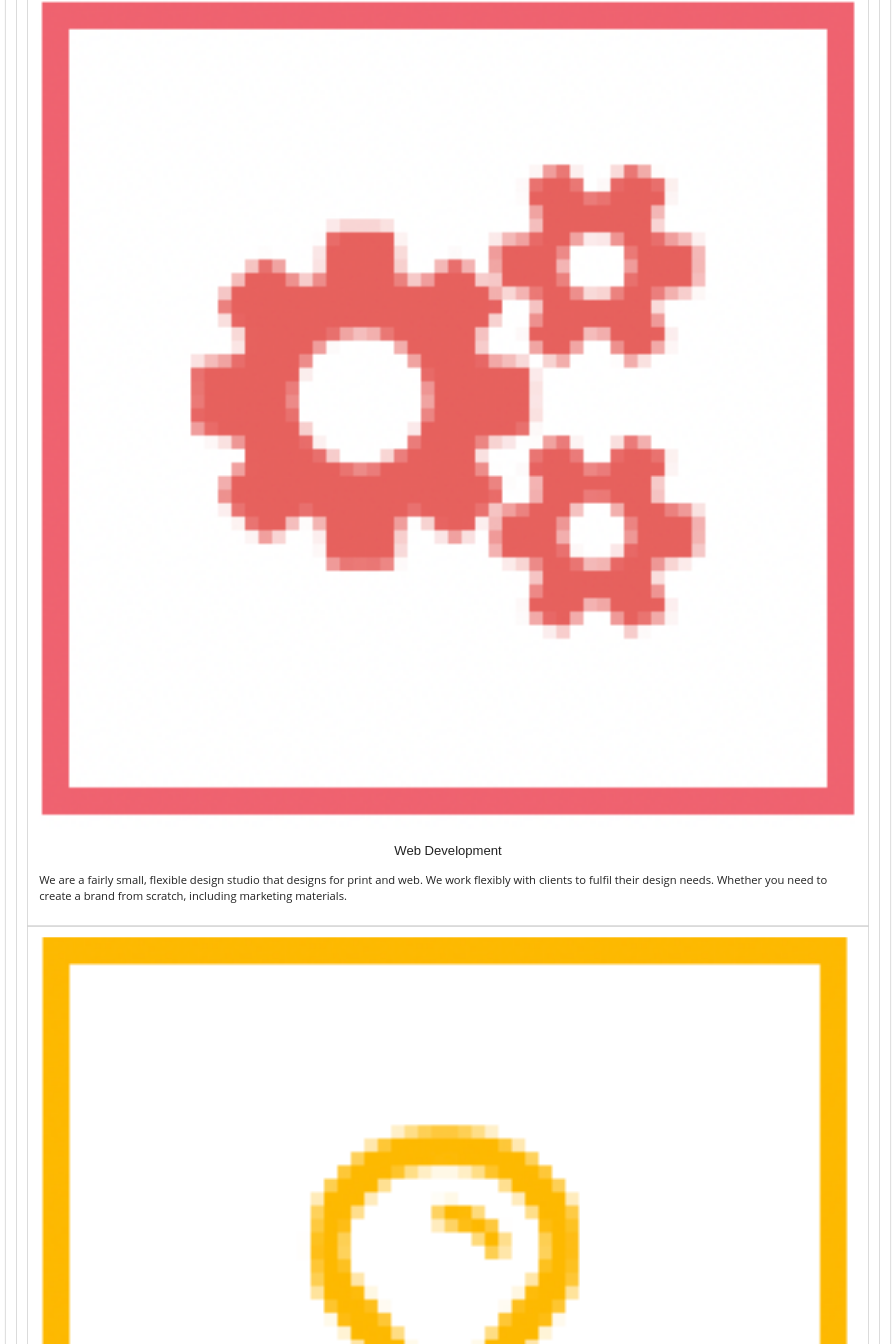
Repository: lpcmendoza/LAB02BF_Group9
Page: index.html
The author's editor kept a copy of each file at every save. The page is drawn from the files as they stood at one save, then again after the next save.
The browser window is 1280 px wide. The pictures show the part of the page from y = 4580 to 6500 px (the page is 19782 px tall before and 19799 px after), at 70% of full size.

Above is the page before, as saved 2024-02-11 21:38:08.

### index.html
<!doctype html>
<html class="no-js" lang="en">

<head>
  <meta charset="utf-8">
  <meta name="viewport" content="width=device-width, initial-scale=1">
  <title>Metrolics</title>
  <link rel="stylesheet" href="css/style.css">
  <meta name="description" content="Group Blog">

  <meta property="og:title" content="Metrolics">
  <meta property="og:type" content="website">
  <meta property="og:url" content="">
  <meta property="og:image" content="">

  <link rel="icon" href="/favicon.ico" sizes="any">
  <link rel="icon" href="/icon.svg" type="image/svg+xml">
  <link rel="apple-touch-icon" href="icon.png">

  <link rel="manifest" href="site.webmanifest">
  <meta name="theme-color" content="#fafafa">
</head>

<body>

  <header class="page-header page-header-home">
    <div class="inner-container">
      <div class="content-container">
        <h1>Metrolics</h1>
      </div>
      <div class="content-container">
        <button class="navigation-button">Home</button>
        <button class="navigation-button">Pages</button>
        <button class="navigation-button">Portfolio</button>
        <button class="navigation-button">Blog</button>
        <button class="navigation-button">E-mail</button>
      </div>
    </div>
  </header>

  <div class="section section-image">
    <div class="inner-container">
      <div class="content-container">
        <img src="img/placeholder.svg" alt="placeholder image">
      </div>
    </div>
  </div>

  <div class="section section-title">
    <div class="inner-container">
      <div class="content-container">
        <h1>Hey guys! This is the Metrolics theme. It sports a responsive layout with a mobile layout.</h1>
      </div>
    </div>
  </div>

  <div class="section section-ourthings">
    <div class="inner-container">
      <div class="what-we-do-container-header">
        <h2>Things that we do</h2>
        <p>Ask us what we can do for you</p>
      </div>
      <div class="what-we-do-container-body">
        <img class="icons" src="img/icon-web-solutions.png" alt="Web Solutions Icon">
        <h3>Web Solutions</h3>
        <p>We are a fairly small, flexible design studio that designs for print and web. We work flexibly with clients to fulfil their design needs. Whether you need to create a brand from scratch, including marketing materials.</p>
      </div>
      <div class="what-we-do-container-body">
        <img class="icons" src="img/icon-photography.png" alt="Photography Icon">
        <h3>Photography</h3>
        <p>We are a fairly small, flexible design studio that designs for print and web. We work flexibly with clients to fulfil their design needs. Whether you need to create a brand from scratch, including marketing materials.</p>
      </div>
      <div class="what-we-do-container-body">
        <img class="icons" src="img/icon-web-development.png" alt="Web Development Icon">
        <h3>Web Development</h3>
        <p>We are a fairly small, flexible design studio that designs for print and web. We work flexibly with clients to fulfil their design needs. Whether you need to create a brand from scratch, including marketing materials.</p>
      </div>
      <div class="what-we-do-container-body">
        <img class="icons" src="img/icon-web-solutions.png" alt="Web Solutions Icon">
        <h3>Web Solutions</h3>
        <p>We are a fairly small, flexible design studio that designs for print and web. We work flexibly with clients to fulfil their design needs. Whether you need to create a brand from scratch, including marketing materials.</p>
      </div>
    </div>
  </div>

  <div class="section section-news">
    <div class="inner-container">
      <div class="content-container">
        <h2>What's up lately?</h2>
      </div>
      <div class="content-container">
        <img src="img/placeholder.svg" alt="placeholder image">
      </div>
      <div class="content-container">
        <img src="img/placeholder.svg" alt="placeholder image">
      </div>
      <div class="content-container">
        <img src="img/placeholder.svg" alt="placeholder image">
      </div>
    </div>
  </div>

  <div class="section section-projects">
    <div class="inner-container">
      <div class="content-container">
        <h2>Our latest projects</h2>
      </div>
      <div class="content-container">
        <img src="img/placeholder.svg" alt="placeholder image">
      </div>
      <div class="content-container">
        <img src="img/placeholder.svg" alt="placeholder image">
      </div>
      <div class="content-container">
        <img src="img/placeholder.svg" alt="placeholder image">
      </div>
      <div class="content-container">
        <img src="img/placeholder.svg" alt="placeholder image">
      </div>
      <div class="content-container">
        <img src="img/placeholder.svg" alt="placeholder image">
      </div>
      <div class="content-container">
        <img src="img/placeholder.svg" alt="placeholder image">
      </div>
    </div>
  </div>

  <div class="section section-things">
    <div class="inner-container">
      <div class="content-container">
        <h2>Things of above</h2>
      </div>
      <div class="content-container">
        <p>content</p>
      </div>
      <div class="content-container">
        <p>content</p>
      </div>
    </div>
  </div>

  <div class="section section-clients">
    <div class="inner-container">
      <div class="content-container">
        <p>client</p>
      </div>
      <div class="content-container">
        <p>client</p>
      </div>
      <div class="content-container">
        <p>client</p>
      </div>
      <div class="content-container">
        <p>client</p>
      </div>
      <div class="content-container">
        <p>client</p>
      </div>
    </div>
  </div>

  <footer>
    <div class="page-footer page-footer-home">
      <div class="inner-container">
        <div class="content-container">
          <h2>footer</h2>
        </div>
        <div class="content-container">
          <p>content</p>
        </div>
        <div class="content-container">
          <p>content</p>
        </div>
        <div class="content-container">
          <p>content</p>
        </div>
        <div class="content-container">
          <p>content</p>
        </div>
      </div>
    </div>
  </footer>

  <script src="js/app.js"></script>

</body>

</html>

### css/style.css
/* ==========================================================================
    [Table of contents]

    1. BASE
        1.1 Page Rendering Defaults
        1.2 Core Styling
        1.3 Typography
    2. LAYOUT
        2.1 Core Layout
        2.2 Small only
        2.3 medium and up
        2.4 Medium only
        2.5 large screens and up
        2.6 Large only
    3. MODULES
    4. STATES
    5. THEME
    6. UTILITY classes
    7. PRINT

    refer to http://smacss.com/
    ========================================================================== */


/* ==========================================================================
   BASE
   ========================================================================== */


/* 1.1 Page Rendering Defaults */

html {
  color: #222;
  font-size: 1em;
  line-height: 1.4;
}

/*
* Remove text-shadow in selection highlight:
* https://twitter.com/miketaylr/status/12228805301
*
* Customize the background color to match your design.
*/

::-moz-selection {
background: #b3d4fc;
text-shadow: none;
}

::selection {
background: #b3d4fc;
text-shadow: none;
}

/*
* A better looking default horizontal rule
*/

hr {
display: block;
height: 1px;
border: 0;
border-top: 1px solid #ccc;
margin: 1em 0;
padding: 0;
}

/*
* Remove the gap between audio, canvas, iframes,
* images, videos and the bottom of their containers:
* https://github.com/h5bp/html5-boilerplate/issues/440
*/

audio,
canvas,
iframe,
img,
svg,
video {
vertical-align: middle;
}

/*
* Remove default fieldset styles.
*/

fieldset {
border: 0;
margin: 0;
padding: 0;
}

/*
* Allow only vertical resizing of textareas.
*/

textarea {
resize: vertical;
}

/* 1.2 Core Styling */

/* refer to https://css-tricks.com/box-sizing/ */
*,
*:before,
*:after {
  box-sizing: border-box;
}

img {
  width: 100%;
}


/* 1.3 Typgraphy */

h1,
h2,
h3,
h4,
h5,
h6 {
  font-family: Ubuntu, sans-serif;
  font-weight: 300;
  text-align: center;
}

p {
  font-family: 'Open Sans', Arial, Helvetica, sans-serif;
}


/* ==========================================================================
 2. LAYOUT
 ========================================================================== */


/* Helper to display empty layout containers*/

div,
main,
section,
footer,
header {
  outline: 1px solid #ccc;
  min-height: 1rem;
  padding: 1rem;
}


/* 2.1 Core layout */

.row {
  display: grid;
  row-gap: 1rem;
}

.col {
  position: relative;
  background-color: rgb(242, 230, 177);
}


/* ==========================================================================
 EXAMPLE Media Queries for Responsive Design.
 These examples override the primary ('mobile first') styles.
 Modify as content requires.
 Taken from https://get.foundation/sites/docs-v5/media-queries.html
 (the latest version is adjusted and no longer matches the ones used below)
 ========================================================================== */


/* 2.2 Small only */

@media screen and (max-width: 39.9375em) {
  .s-hide {
      display: none;
  }

  .what-we-do-container-header {
    align-content: center;
    text-align: center;
  }

  .icons {
      max-width: 5em;
      max-height: 5em;
      float: left;
      margin-right: 1em;
  }

  h3 {
      text-align: left;
      margin: 0;
      font-weight: bold;
  }

  .what-we-do-container-body {
      text-align: left;
  }

  .what-we-do-container-body p {
    margin-left: 6em;
}
}


/* 2.3 medium and up */

@media screen and (min-width: 40em) {
  .row {
      max-width: 70rem;
      column-gap: 1.5rem;
      row-gap: 1.5rem;
      margin: 0 auto;
  }
  .grid {
      display: grid;
      column-gap: 0.5rem;
      row-gap: 0.5rem;
  }
  .m-col-2 {
      grid-template-columns: 1fr 1fr;
  }
  .m-col-3 {
      grid-template-columns: repeat(3, 1fr);
  }
  .m-col-4 {
      grid-template-columns: repeat(4, 1fr);
  }
  .m-col-5 {
      grid-template-columns: repeat(5, 1fr);
  }
  .m-1-2 {
      grid-template-columns: 1fr 2fr;
  }
}


/* 2.4 Medium only */

@media screen and (min-width: 40em) and (max-width: 63.9375em) {
  .m-row-span {
      grid-column-start: 1;
      grid-column-end: -1;
  }
  .m-hide {
      display: none;
  }
}


/* 2.5 large screens and up 2.6 Large only */

@media screen and (min-width: 64em) {
  .l-col-2 {
      grid-template-columns: 1fr 1fr;
  }
  .l-col-3 {
      grid-template-columns: repeat(3, 1fr);
  }
  .l-col-4 {
      grid-template-columns: repeat(4, 1fr);
  }
  .l-col-5 {
      grid-template-columns: repeat(5, 1fr);
  }
  .l-col-6 {
      grid-template-columns: repeat(6, 1fr);
  }
  .l-row-span {
      grid-column-start: 1;
      grid-column-end: -1;
  }
  .l-hide {
      display: none;
  }
}


/* ==========================================================================
 2. MODULES
 ========================================================================== */


/* ==========================================================================
 2. STATES
 ========================================================================== */


/* ==========================================================================
 2. THEME
 ========================================================================== */


/* ==========================================================================
 6. UTILITY classes
 ========================================================================== */
/*
* Hide visually and from screen readers
*/

.hidden,
[hidden] {
display: none !important;
}

/*
* Hide only visually, but have it available for screen readers:
* https://snook.ca/archives/html_and_css/hiding-content-for-accessibility
*
* 1. For long content, line feeds are not interpreted as spaces and small width
*    causes content to wrap 1 word per line:
*    https://medium.com/@jessebeach/beware-smushed-off-screen-accessible-text-5952a4c2cbfe
*/

.visually-hidden {
border: 0;
clip: rect(0, 0, 0, 0);
height: 1px;
margin: -1px;
overflow: hidden;
padding: 0;
position: absolute;
white-space: nowrap;
width: 1px;
/* 1 */
}

/*
* Extends the .visually-hidden class to allow the element
* to be focusable when navigated to via the keyboard:
* https://www.drupal.org/node/897638
*/

.visually-hidden.focusable:active,
.visually-hidden.focusable:focus {
clip: auto;
height: auto;
margin: 0;
overflow: visible;
position: static;
white-space: inherit;
width: auto;
}

/*
* Hide visually and from screen readers, but maintain layout
*/

.invisible {
visibility: hidden;
}

/*
* Clearfix: contain floats
*
* The use of `table` rather than `block` is only necessary if using
* `::before` to contain the top-margins of child elements.
*/

.clearfix::before,
.clearfix::after {
content: "";
display: table;
}

.clearfix::after {
clear: both;
}

@media print,
(-webkit-min-device-pixel-ratio: 1.25),
(min-resolution: 1.25dppx),
(min-resolution: 120dpi) {
/* Style adjustments for high resolution devices */
}

/* ==========================================================================
 Print styles.
 Inlined to avoid the additional HTTP request:
 https://www.phpied.com/delay-loading-your-print-css/
 ========================================================================== */

@media print {
*,
*::before,
*::after {
  background: #fff !important;
  color: #000 !important;
  /* Black prints faster */
  box-shadow: none !important;
  text-shadow: none !important;
}

a,
a:visited {
  text-decoration: underline;
}

a[href]::after {
  content: " (" attr(href) ")";
}

abbr[title]::after {
  content: " (" attr(title) ")";
}

/*
 * Don't show links that are fragment identifiers,
 * or use the `javascript:` pseudo protocol
 */
a[href^="#"]::after,
a[href^="javascript:"]::after {
  content: "";
}

pre {
  white-space: pre-wrap !important;
}

pre,
blockquote {
  border: 1px solid #999;
  page-break-inside: avoid;
}

tr,
img {
  page-break-inside: avoid;
}

p,
h2,
h3 {
  orphans: 3;
  widows: 3;
}

h2,
h3 {
  page-break-after: avoid;
}
}

Loaded but not shown: js/app.js (no stored copy; drawn as an empty file)

After the next save:
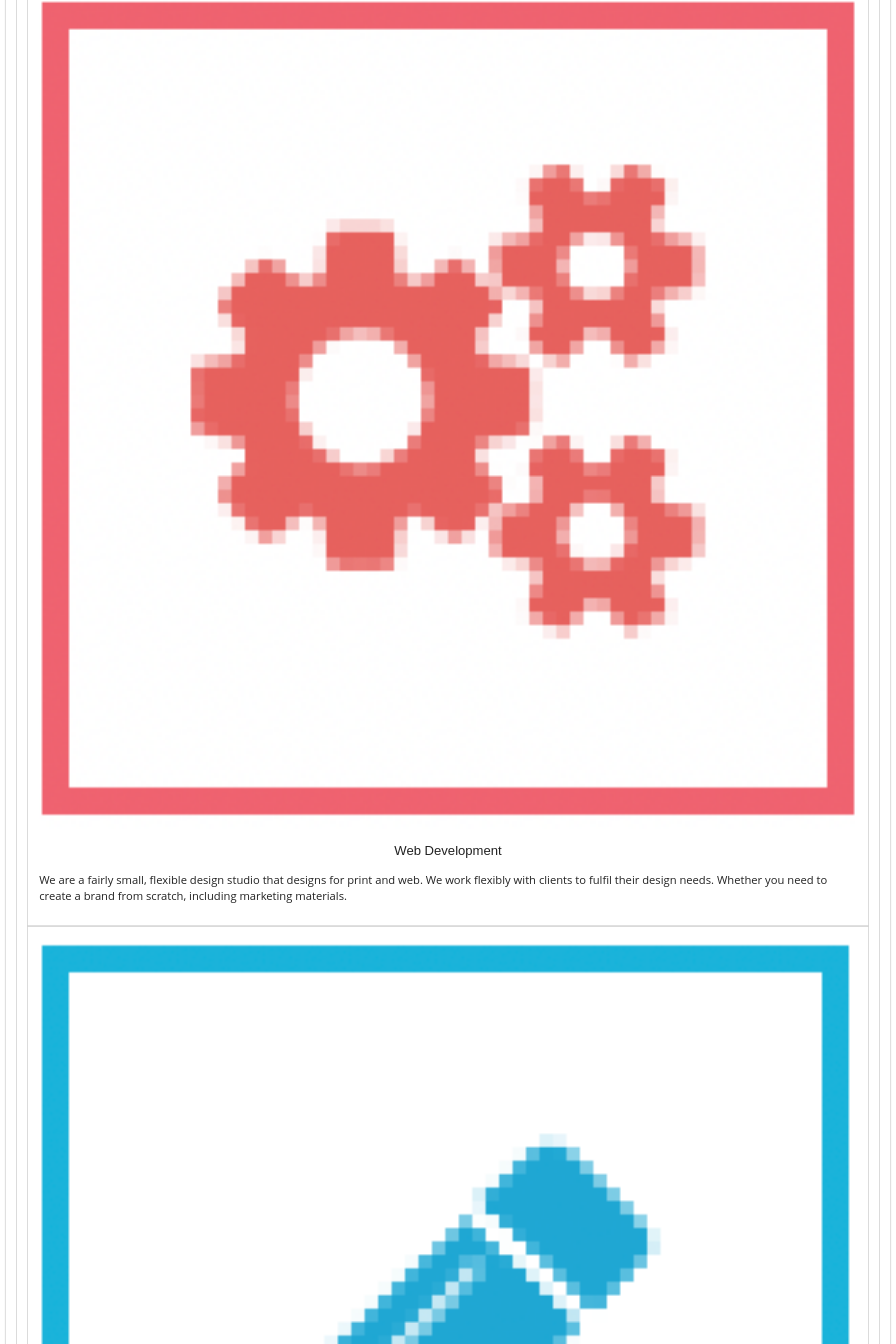
Saved 24 s later.
--- a/index.html
+++ b/index.html
@@ -76,8 +76,8 @@
         <p>We are a fairly small, flexible design studio that designs for print and web. We work flexibly with clients to fulfil their design needs. Whether you need to create a brand from scratch, including marketing materials.</p>
       </div>
       <div class="what-we-do-container-body">
-        <img class="icons" src="img/icon-web-solutions.png" alt="Web Solutions Icon">
-        <h3>Web Solutions</h3>
+        <img class="icons" src="img/icon-web-design.png" alt="Web Design Icon">
+        <h3>Web Design</h3>
         <p>We are a fairly small, flexible design studio that designs for print and web. We work flexibly with clients to fulfil their design needs. Whether you need to create a brand from scratch, including marketing materials.</p>
       </div>
     </div>
